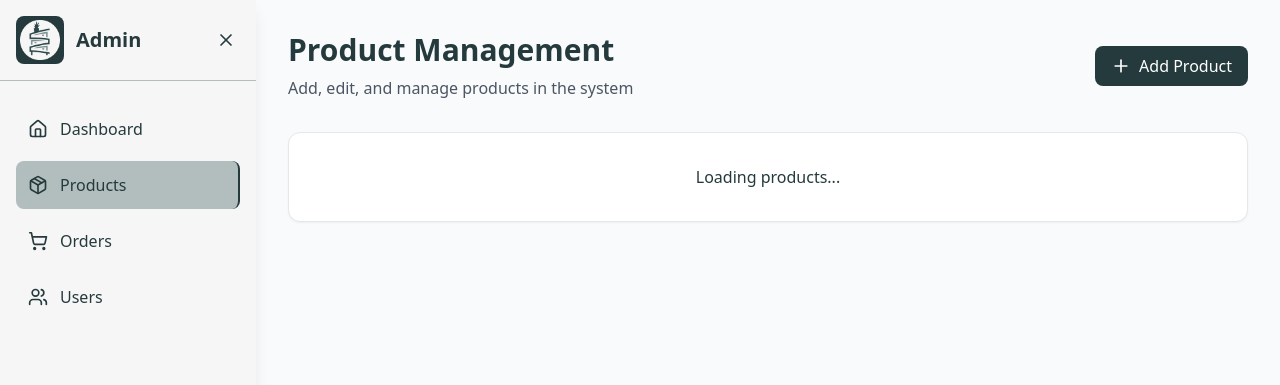
Repository: Tlyl1111/homz-admin
Page: /products
The author's editor kept a copy of each file at every save. The page is drawn from the files as they stood at one save, then again after the next save.
The browser window is 1280 px wide. The pictures show the whole page.
The page's requests for data from a server got no answer. The project was rebuilt for these pictures with package versions that can differ from the ones it lists, and the page was loaded fresh each time. No one was signed in, and anything a server would have sent is missing. Also part of the build but not shown: vite.config.ts, src/components/ui/tooltip.tsx, src/components/DashboardStats.tsx, src/components/SalesChart.tsx, src/components/RecentOrders.tsx, src/pages/Index.tsx, src/components/ProductForm.tsx, src/components/CategoryTable.tsx and 8 more.

Above is the page before, as saved 2025-06-11 12:54:04.

### index.html
<!DOCTYPE html>
<html lang="en">
  <head>
    <meta charset="UTF-8" />
    <meta name="viewport" content="width=device-width, initial-scale=1.0" />
    <title>Admin - Homz</title>
    <meta
      name="description"
      content="Admin management system for e-commerce website"
    />
    <meta name="author" content="Default" />

    <meta property="og:title" content="Admin - Homz" />
    <meta
      property="og:description"
      content="Admin management system for e-commerce website"
    />
    <meta property="og:type" content="website" />
    <meta property="og:image" content="./public/logo.png" />

    <meta name="twitter:card" content="summary_large_image" />
    <meta name="twitter:site" content="@lovable_dev" />
    <meta name="twitter:image" content="./public/logo.png" />
  </head>

  <body>
    <div id="root"></div>
    <script type="module" src="/src/main.tsx"></script>
  </body>
</html>

### src/App.tsx

import { Toaster } from "@/components/ui/toaster";
import { Toaster as Sonner } from "@/components/ui/sonner";
import { TooltipProvider } from "@/components/ui/tooltip";
import { QueryClient, QueryClientProvider } from "@tanstack/react-query";
import { BrowserRouter, Routes, Route } from "react-router-dom";
import Index from "./pages/Index";
import Products from "./pages/Products";
import Categories from "./pages/Categories";
import Orders from "./pages/Orders";
import Users from "./pages/Users";
import NotFound from "./pages/NotFound";

const queryClient = new QueryClient();

const App = () => (
  <QueryClientProvider client={queryClient}>
    <TooltipProvider>
      <Toaster />
      <Sonner />
      <BrowserRouter>
        <Routes>
          <Route path="/" element={<Index />} />
          <Route path="/products" element={<Products />} />
          <Route path="/categories" element={<Categories />} />
          <Route path="/orders" element={<Orders />} />
          <Route path="/users" element={<Users />} />
          {/* ADD ALL CUSTOM ROUTES ABOVE THE CATCH-ALL "*" ROUTE */}
          <Route path="*" element={<NotFound />} />
        </Routes>
      </BrowserRouter>
    </TooltipProvider>
  </QueryClientProvider>
);

export default App;

### src/index.css

@tailwind base;
@tailwind components;
@tailwind utilities;

/* Definition of the design system. All colors, gradients, fonts, etc should be defined here. */

@layer base {
  :root {
    --background: 0 0% 96.5%; /* #F6F6F6 */
    --foreground: 185 23% 19%; /* #325052 */

    --card: 0 0% 96.5%; /* #F6F6F6 */
    --card-foreground: 185 23% 19%; /* #325052 */

    --popover: 0 0% 96.5%; /* #F6F6F6 */
    --popover-foreground: 185 23% 19%; /* #325052 */

    --primary: 185 23% 19%; /* #325052 */
    --primary-foreground: 0 0% 96.5%; /* #F6F6F6 */

    --secondary: 180 8% 72%; /* #ADB9BA */
    --secondary-foreground: 185 23% 19%; /* #325052 */

    --muted: 180 8% 72%; /* #ADB9BA */
    --muted-foreground: 185 14% 37%; /* #5B7375 */

    --accent: 180 8% 72%; /* #ADB9BA */
    --accent-foreground: 185 23% 19%; /* #325052 */

    --destructive: 0 84.2% 60.2%;
    --destructive-foreground: 0 0% 96.5%;

    --border: 180 8% 72%; /* #ADB9BA */
    --input: 180 8% 72%; /* #ADB9BA */
    --ring: 185 23% 19%; /* #325052 */

    --radius: 0.5rem;

    --sidebar-background: 0 0% 96.5%; /* #F6F6F6 */
    --sidebar-foreground: 185 23% 19%; /* #325052 */
    --sidebar-primary: 185 23% 19%; /* #325052 */
    --sidebar-primary-foreground: 0 0% 96.5%; /* #F6F6F6 */
    --sidebar-accent: 180 8% 72%; /* #ADB9BA */
    --sidebar-accent-foreground: 185 23% 19%; /* #325052 */
    --sidebar-border: 180 8% 72%; /* #ADB9BA */
    --sidebar-ring: 185 23% 19%; /* #325052 */
  }

  .dark {
    --background: 185 23% 19%; /* #325052 */
    --foreground: 0 0% 96.5%; /* #F6F6F6 */

    --card: 185 23% 19%; /* #325052 */
    --card-foreground: 0 0% 96.5%; /* #F6F6F6 */

    --popover: 185 23% 19%; /* #325052 */
    --popover-foreground: 0 0% 96.5%; /* #F6F6F6 */

    --primary: 0 0% 96.5%; /* #F6F6F6 */
    --primary-foreground: 185 23% 19%; /* #325052 */

    --secondary: 185 14% 37%; /* #5B7375 */
    --secondary-foreground: 0 0% 96.5%; /* #F6F6F6 */

    --muted: 185 14% 37%; /* #5B7375 */
    --muted-foreground: 180 8% 72%; /* #ADB9BA */

    --accent: 185 14% 37%; /* #5B7375 */
    --accent-foreground: 0 0% 96.5%; /* #F6F6F6 */

    --destructive: 0 62.8% 30.6%;
    --destructive-foreground: 0 0% 96.5%;

    --border: 185 14% 37%; /* #5B7375 */
    --input: 185 14% 37%; /* #5B7375 */
    --ring: 0 0% 96.5%; /* #F6F6F6 */
    --sidebar-background: 185 23% 19%; /* #325052 */
    --sidebar-foreground: 0 0% 96.5%; /* #F6F6F6 */
    --sidebar-primary: 0 0% 96.5%; /* #F6F6F6 */
    --sidebar-primary-foreground: 185 23% 19%; /* #325052 */
    --sidebar-accent: 185 14% 37%; /* #5B7375 */
    --sidebar-accent-foreground: 0 0% 96.5%; /* #F6F6F6 */
    --sidebar-border: 185 14% 37%; /* #5B7375 */
    --sidebar-ring: 0 0% 96.5%; /* #F6F6F6 */
  }
}

@layer base {
  * {
    @apply border-border;
  }

  body {
    @apply bg-background text-foreground;
  }
}

### src/components/ui/toaster.tsx
import { useToast } from "@/hooks/use-toast"
import {
  Toast,
  ToastClose,
  ToastDescription,
  ToastProvider,
  ToastTitle,
  ToastViewport,
} from "@/components/ui/toast"

export function Toaster() {
  const { toasts } = useToast()

  return (
    <ToastProvider>
      {toasts.map(function ({ id, title, description, action, ...props }) {
        return (
          <Toast key={id} {...props}>
            <div className="grid gap-1">
              {title && <ToastTitle>{title}</ToastTitle>}
              {description && (
                <ToastDescription>{description}</ToastDescription>
              )}
            </div>
            {action}
            <ToastClose />
          </Toast>
        )
      })}
      <ToastViewport />
    </ToastProvider>
  )
}

### src/components/ui/sonner.tsx
import { useTheme } from "next-themes"
import { Toaster as Sonner, toast } from "sonner"

type ToasterProps = React.ComponentProps<typeof Sonner>

const Toaster = ({ ...props }: ToasterProps) => {
  const { theme = "system" } = useTheme()

  return (
    <Sonner
      theme={theme as ToasterProps["theme"]}
      className="toaster group"
      toastOptions={{
        classNames: {
          toast:
            "group toast group-[.toaster]:bg-background group-[.toaster]:text-foreground group-[.toaster]:border-border group-[.toaster]:shadow-lg",
          description: "group-[.toast]:text-muted-foreground",
          actionButton:
            "group-[.toast]:bg-primary group-[.toast]:text-primary-foreground",
          cancelButton:
            "group-[.toast]:bg-muted group-[.toast]:text-muted-foreground",
        },
      }}
      {...props}
    />
  )
}

export { Toaster, toast }

### src/pages/Products.tsx

import { useState } from "react";
import { Sidebar } from "../components/Sidebar";
import { ProductTable } from "../components/ProductTable";
import { ProductForm } from "../components/ProductForm";
import { Plus } from "lucide-react";

const Products = () => {
  const [sidebarOpen, setSidebarOpen] = useState(true);
  const [showForm, setShowForm] = useState(false);
  const [editingProduct, setEditingProduct] = useState(null);

  const handleEdit = (product: any) => {
    setEditingProduct(product);
    setShowForm(true);
  };

  const handleCreate = () => {
    setEditingProduct(null);
    setShowForm(true);
  };

  return (
    <div className="min-h-screen bg-gray-50 flex">
      <Sidebar isOpen={sidebarOpen} onToggle={() => setSidebarOpen(!sidebarOpen)} />

      <div className={`flex-1 transition-all duration-300 ${sidebarOpen ? 'ml-64' : 'ml-16'}`}>
        <div className="p-8">
          <div className="flex justify-between items-center mb-8">
            <div>
              <h1 className="text-3xl font-bold text-primary mb-2">Product Management</h1>
              <p className="text-gray-600">Add, edit, and manage products in the system</p>
            </div>
            <button
              onClick={handleCreate}
              className="bg-primary hover:bg-primary text-white px-4 py-2 rounded-lg flex items-center gap-2 transition-colors"
            >
              <Plus size={20} />
              Add Product
            </button>
          </div>

          {showForm ? (
            <ProductForm
              product={editingProduct}
              onClose={() => setShowForm(false)}
              onSave={() => setShowForm(false)}
            />
          ) : (
            <ProductTable onEdit={handleEdit} />
          )}
        </div>
      </div>
    </div>
  );
};

export default Products;

### src/components/ui/toast.tsx
import * as React from "react"
import * as ToastPrimitives from "@radix-ui/react-toast"
import { cva, type VariantProps } from "class-variance-authority"
import { X } from "lucide-react"

import { cn } from "@/lib/utils"

const ToastProvider = ToastPrimitives.Provider

const ToastViewport = React.forwardRef<
  React.ElementRef<typeof ToastPrimitives.Viewport>,
  React.ComponentPropsWithoutRef<typeof ToastPrimitives.Viewport>
>(({ className, ...props }, ref) => (
  <ToastPrimitives.Viewport
    ref={ref}
    className={cn(
      "fixed top-0 z-[100] flex max-h-screen w-full flex-col-reverse p-4 sm:bottom-0 sm:right-0 sm:top-auto sm:flex-col md:max-w-[420px]",
      className
    )}
    {...props}
  />
))
ToastViewport.displayName = ToastPrimitives.Viewport.displayName

const toastVariants = cva(
  "group pointer-events-auto relative flex w-full items-center justify-between space-x-4 overflow-hidden rounded-md border p-6 pr-8 shadow-lg transition-all data-[swipe=cancel]:translate-x-0 data-[swipe=end]:translate-x-[var(--radix-toast-swipe-end-x)] data-[swipe=move]:translate-x-[var(--radix-toast-swipe-move-x)] data-[swipe=move]:transition-none data-[state=open]:animate-in data-[state=closed]:animate-out data-[swipe=end]:animate-out data-[state=closed]:fade-out-80 data-[state=closed]:slide-out-to-right-full data-[state=open]:slide-in-from-top-full data-[state=open]:sm:slide-in-from-bottom-full",
  {
    variants: {
      variant: {
        default: "border bg-background text-foreground",
        destructive:
          "destructive group border-destructive bg-destructive text-destructive-foreground",
      },
    },
    defaultVariants: {
      variant: "default",
    },
  }
)

const Toast = React.forwardRef<
  React.ElementRef<typeof ToastPrimitives.Root>,
  React.ComponentPropsWithoutRef<typeof ToastPrimitives.Root> &
    VariantProps<typeof toastVariants>
>(({ className, variant, ...props }, ref) => {
  return (
    <ToastPrimitives.Root
      ref={ref}
      className={cn(toastVariants({ variant }), className)}
      {...props}
    />
  )
})
Toast.displayName = ToastPrimitives.Root.displayName

const ToastAction = React.forwardRef<
  React.ElementRef<typeof ToastPrimitives.Action>,
  React.ComponentPropsWithoutRef<typeof ToastPrimitives.Action>
>(({ className, ...props }, ref) => (
  <ToastPrimitives.Action
    ref={ref}
    className={cn(
      "inline-flex h-8 shrink-0 items-center justify-center rounded-md border bg-transparent px-3 text-sm font-medium ring-offset-background transition-colors hover:bg-secondary focus:outline-none focus:ring-2 focus:ring-ring focus:ring-offset-2 disabled:pointer-events-none disabled:opacity-50 group-[.destructive]:border-muted/40 group-[.destructive]:hover:border-destructive/30 group-[.destructive]:hover:bg-destructive group-[.destructive]:hover:text-destructive-foreground group-[.destructive]:focus:ring-destructive",
      className
    )}
    {...props}
  />
))
ToastAction.displayName = ToastPrimitives.Action.displayName

const ToastClose = React.forwardRef<
  React.ElementRef<typeof ToastPrimitives.Close>,
  React.ComponentPropsWithoutRef<typeof ToastPrimitives.Close>
>(({ className, ...props }, ref) => (
  <ToastPrimitives.Close
    ref={ref}
    className={cn(
      "absolute right-2 top-2 rounded-md p-1 text-foreground/50 opacity-0 transition-opacity hover:text-foreground focus:opacity-100 focus:outline-none focus:ring-2 group-hover:opacity-100 group-[.destructive]:text-red-300 group-[.destructive]:hover:text-red-50 group-[.destructive]:focus:ring-red-400 group-[.destructive]:focus:ring-offset-red-600",
      className
    )}
    toast-close=""
    {...props}
  >
    <X className="h-4 w-4" />
  </ToastPrimitives.Close>
))
ToastClose.displayName = ToastPrimitives.Close.displayName

const ToastTitle = React.forwardRef<
  React.ElementRef<typeof ToastPrimitives.Title>,
  React.ComponentPropsWithoutRef<typeof ToastPrimitives.Title>
>(({ className, ...props }, ref) => (
  <ToastPrimitives.Title
    ref={ref}
    className={cn("text-sm font-semibold", className)}
    {...props}
  />
))
ToastTitle.displayName = ToastPrimitives.Title.displayName

const ToastDescription = React.forwardRef<
  React.ElementRef<typeof ToastPrimitives.Description>,
  React.ComponentPropsWithoutRef<typeof ToastPrimitives.Description>
>(({ className, ...props }, ref) => (
  <ToastPrimitives.Description
    ref={ref}
    className={cn("text-sm opacity-90", className)}
    {...props}
  />
))
ToastDescription.displayName = ToastPrimitives.Description.displayName

type ToastProps = React.ComponentPropsWithoutRef<typeof Toast>

type ToastActionElement = React.ReactElement<typeof ToastAction>

export {
  type ToastProps,
  type ToastActionElement,
  ToastProvider,
  ToastViewport,
  Toast,
  ToastTitle,
  ToastDescription,
  ToastClose,
  ToastAction,
}

### src/components/Sidebar.tsx

import { Link, useLocation } from "react-router-dom";
import { Home, Package, ShoppingCart, Users, Menu, X } from "lucide-react";

interface SidebarProps {
  isOpen: boolean;
  onToggle: () => void;
}

export const Sidebar = ({ isOpen, onToggle }: SidebarProps) => {
  const location = useLocation();

  const menuItems = [
    { name: "Dashboard", icon: Home, path: "/" },
    { name: "Products", icon: Package, path: "/products" },
    { name: "Orders", icon: ShoppingCart, path: "/orders" },
    { name: "Users", icon: Users, path: "/users" },
  ];

  return (
    <div className={`fixed left-0 top-0 h-full bg-sidebar shadow-lg transition-all duration-300 z-50 ${
      isOpen ? 'w-64' : 'w-16'
    }`}>
      <div className="p-4 border-b border-sidebar-border">
        <div className="flex items-center justify-between">
          <div className={`flex items-center ${isOpen ? '' : 'justify-center'}`}>
            <div className="w-12 h-12 bg-primary rounded-lg flex items-center justify-center">
            <img src="/favicon.ico" alt="Logo" className="max-w-[40px] max-h-[40px] object-contain" />
            </div>
            {isOpen && (
              <span className="ml-3 text-xl font-bold text-sidebar-foreground">Admin</span>
            )}
          </div>
          <button
            onClick={onToggle}
            className="p-1 hover:bg-sidebar-accent rounded-md transition-colors"
          >
            {isOpen ? <X size={20} /> : <Menu size={20} />}
          </button>
        </div>
      </div>

      <nav className="mt-6 px-4">
        {menuItems.map((item) => {
          const isActive = location.pathname === item.path;
          return (
            <Link
              key={item.name}
              to={item.path}
              className={`flex items-center px-3 py-3 mb-2 rounded-lg transition-colors ${
                isActive
                  ? 'bg-sidebar-accent text-sidebar-primary border-r-2 border-sidebar-primary'
                  : 'text-sidebar-foreground hover:bg-sidebar-accent'
              } ${isOpen ? '' : 'justify-center'}`}
            >
              <item.icon size={20} />
              {isOpen && <span className="ml-3 font-medium">{item.name}</span>}
            </Link>
          );
        })}
      </nav>
    </div>
  );
};

### src/components/ProductTable.tsx

import { Edit, Trash2 } from "lucide-react";
import { useQuery } from "@tanstack/react-query";
import { supabase } from "@/integrations/supabase/client";

interface ProductTableProps {
  onEdit: (product: any) => void;
}

export const ProductTable = ({ onEdit }: ProductTableProps) => {
  const { data: products = [], isLoading, error } = useQuery({
    queryKey: ['products'],
    queryFn: async () => {
      const { data, error } = await supabase
        .from('Products')
        .select(`
          *,
          Categories (
            name
          )
        `)
        .order('created_at', { ascending: false });

      if (error) {
        console.error('Error fetching products:', error);
        throw error;
      }

      return data || [];
    }
  });

  const formatPrice = (price: number) => {
    return new Intl.NumberFormat('en-US', {
      style: 'currency',
      currency: 'USD'
    }).format(price);
  };

  if (isLoading) {
    return (
      <div className="bg-white rounded-xl shadow-sm border border-gray-200 p-8">
        <div className="text-center">Loading products...</div>
      </div>
    );
  }

  if (error) {
    return (
      <div className="bg-white rounded-xl shadow-sm border border-gray-200 p-8">
        <div className="text-center text-red-600">Error loading products: {error.message}</div>
      </div>
    );
  }

  if (products.length === 0) {
    return (
      <div className="bg-white rounded-xl shadow-sm border border-gray-200 p-8">
        <div className="text-center text-gray-500">No products found</div>
      </div>
    );
  }

  return (
    <div className="bg-white rounded-xl shadow-sm border border-gray-200 overflow-hidden">
      <div className="overflow-x-auto">
        <table className="w-full">
          <thead className="bg-gray-50 border-b border-gray-200">
            <tr>
              <th className="px-6 py-4 text-left text-xs font-medium text-gray-500 uppercase tracking-wider">
                Product
              </th>
              <th className="px-6 py-4 text-left text-xs font-medium text-gray-500 uppercase tracking-wider">
                Price
              </th>
              <th className="px-6 py-4 text-left text-xs font-medium text-gray-500 uppercase tracking-wider">
                Category
              </th>
              <th className="px-6 py-4 text-left text-xs font-medium text-gray-500 uppercase tracking-wider">
                Color
              </th>
              <th className="px-6 py-4 text-right text-xs font-medium text-gray-500 uppercase tracking-wider">
                Actions
              </th>
            </tr>
          </thead>
          <tbody className="divide-y divide-gray-200">
            {products.map((product) => (
              <tr key={product.product_id} className="hover:bg-gray-50">
                <td className="px-6 py-4 whitespace-nowrap">
                  <div className="flex items-center">
                    <div className="w-12 h-12 rounded-lg bg-gray-200 mr-4 flex items-center justify-center">
                      <span className="text-xs text-gray-500">IMG</span>
                    </div>
                    <div>
                      <div className="text-sm font-medium text-gray-900">
                        {product.name || 'Unnamed Product'}
                      </div>
                      <div className="text-sm text-gray-500">
                        ID: {product.product_id}
                      </div>
                    </div>
                  </div>
                </td>
                <td className="px-6 py-4 whitespace-nowrap text-sm text-gray-900">
                  {product.price ? formatPrice(product.price) : 'N/A'}
                </td>
                <td className="px-6 py-4 whitespace-nowrap text-sm text-gray-500">
                {product.Categories?.name || 'Uncategorized'}
                </td>
                <td className="px-6 py-4 whitespace-nowrap">
                  <div className="flex space-x-1">
                    {product.colorsList?.split(',').map((color: string, index: number) => {
                      const colorMap: Record<string, string> = {
                        red: '#9E2C21',
                        green: '#559484',
                        blue: '#104061'
                      };

                      return (
                        <span
                          key={index}
                          className="w-4 h-4 rounded-full"
                          style={{ backgroundColor: colorMap[color.trim()] || '#ccc' }}
                        />
                      );
                    })}
                  </div>
                </td>
                <td className="px-6 py-4 whitespace-nowrap text-right text-sm font-medium">
                  <button
                    onClick={() => onEdit(product)}
                    className="text-blue-600 hover:text-blue-900 mr-3"
                  >
                    <Edit size={16} />
                  </button>
                  <button className="text-red-600 hover:text-red-900">
                    <Trash2 size={16} />
                  </button>
                </td>
              </tr>
            ))}
          </tbody>
        </table>
      </div>
    </div>
  );
};

### src/integrations/supabase/client.ts
// This file is automatically generated. Do not edit it directly.
import { createClient } from '@supabase/supabase-js';
import type { Database } from './types';

const SUPABASE_URL = "https://yyatkmqoydfwfolblruu.supabase.co";
const SUPABASE_PUBLISHABLE_KEY = "eyJhbGciOiJIUzI1NiIsInR5cCI6IkpXVCJ9.eyJpc3MiOiJzdXBhYmFzZSIsInJlZiI6Inl5YXRrbXFveWRmd2ZvbGJscnV1Iiwicm9sZSI6ImFub24iLCJpYXQiOjE3NDg0NDAzNDQsImV4cCI6MjA2NDAxNjM0NH0.g0uIIvWhHiqnnspw5nV1YvXHmZFlytlJkcVAcnBeQ6s";

// Import the supabase client like this:
// import { supabase } from "@/integrations/supabase/client";

export const supabase = createClient<Database>(SUPABASE_URL, SUPABASE_PUBLISHABLE_KEY);

Loaded but not shown: src/main.tsx (common file); src/hooks/use-toast.ts (common file); src/lib/utils.ts (common file); tailwind.config.ts (common file)

After the next save:
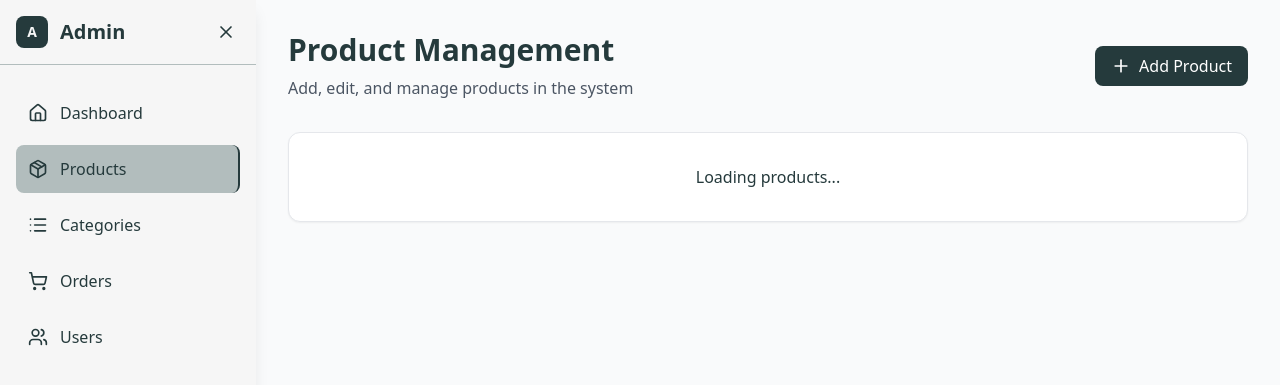
Saved 48 s later.
--- a/src/components/Sidebar.tsx
+++ b/src/components/Sidebar.tsx
@@ -1,6 +1,6 @@
 
 import { Link, useLocation } from "react-router-dom";
-import { Home, Package, ShoppingCart, Users, Menu, X } from "lucide-react";
+import { Home, Package, ShoppingCart, Users, Menu, X, List } from "lucide-react";
 
 interface SidebarProps {
   isOpen: boolean;
@@ -13,6 +13,7 @@ export const Sidebar = ({ isOpen, onToggle }: SidebarProps) => {
   const menuItems = [
     { name: "Dashboard", icon: Home, path: "/" },
     { name: "Products", icon: Package, path: "/products" },
+    { name: "Categories", icon: List, path: "/categories" },
     { name: "Orders", icon: ShoppingCart, path: "/orders" },
     { name: "Users", icon: Users, path: "/users" },
   ];
@@ -24,8 +25,8 @@ export const Sidebar = ({ isOpen, onToggle }: SidebarProps) => {
       <div className="p-4 border-b border-sidebar-border">
         <div className="flex items-center justify-between">
           <div className={`flex items-center ${isOpen ? '' : 'justify-center'}`}>
-            <div className="w-12 h-12 bg-primary rounded-lg flex items-center justify-center">
-            <img src="/favicon.ico" alt="Logo" className="max-w-[40px] max-h-[40px] object-contain" />
+            <div className="w-8 h-8 bg-primary rounded-lg flex items-center justify-center">
+              <span className="text-primary-foreground font-bold text-sm">A</span>
             </div>
             {isOpen && (
               <span className="ml-3 text-xl font-bold text-sidebar-foreground">Admin</span>
